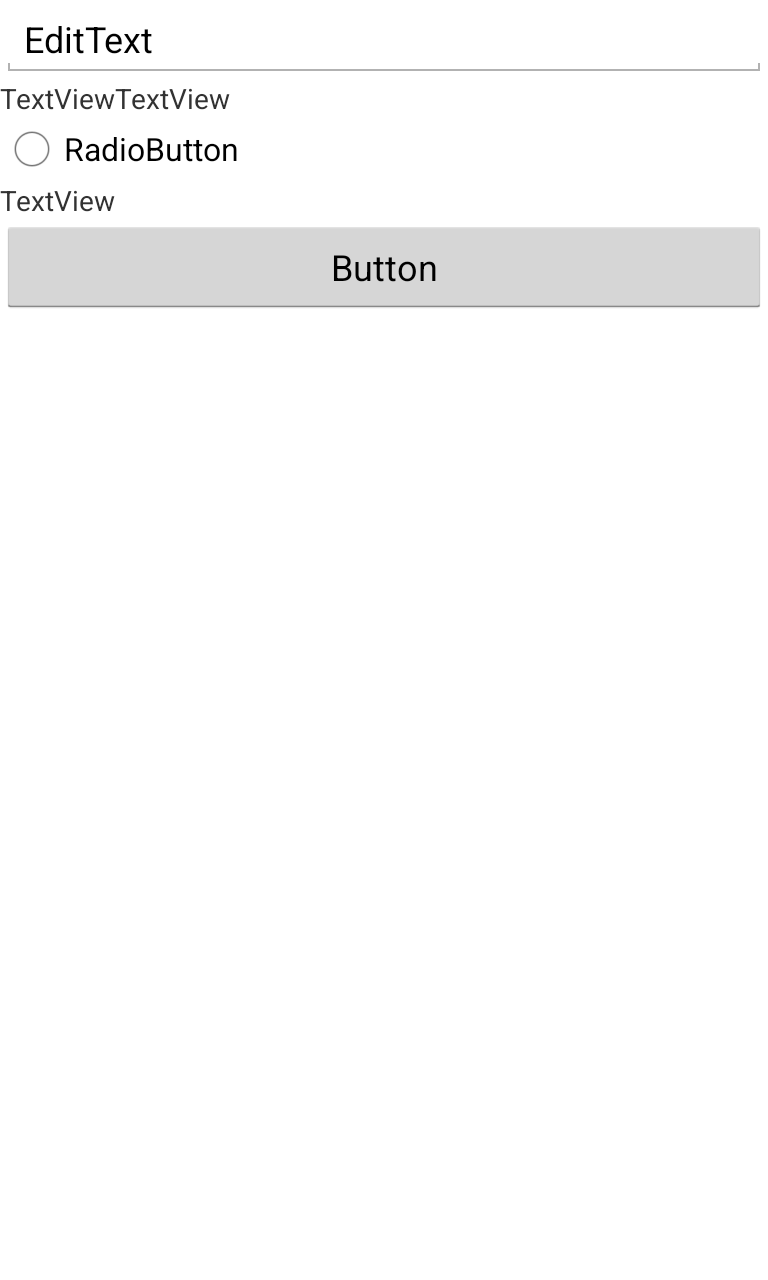
Repository: Cappo/ACM-Android-Development-SIG
Layout: Cappo/res/layout/tutorial1.xml
An editor plug-in stored every save of this project. The layout is shown before and after the next save, followed by the edit.
It is drawn on a 768 x 1280 px phone screen (xhdpi) without system bars, with theme AppTheme; the app's code is not run.

Above is the layout before, as saved 2013-09-15 01:45:42.

### Cappo/res/layout/tutorial1.xml
<?xml version="1.0" encoding="utf-8"?>
<LinearLayout xmlns:android="http://schemas.android.com/apk/res/android"
    android:layout_width="match_parent"
    android:layout_height="match_parent"
    android:orientation="vertical" >

    <EditText
        android:id="@+id/editText1"
        android:layout_width="fill_parent"
        android:layout_height="wrap_content"
        android:text="EditText" />

	<LinearLayout
    	android:layout_width="match_parent"
    	android:layout_height="wrap_content"
    	android:orientation="horizontal" >

	    <TextView
	        android:id="@+id/textView1"
	        android:layout_width="wrap_content"
	        android:layout_height="wrap_content"
	        android:text="TextView" />

	    <TextView
	        android:id="@+id/textView2"
	        android:layout_width="wrap_content"
	        android:layout_height="wrap_content"
	        android:text="TextView" />

	</LinearLayout>

    <RadioButton
        android:id="@+id/radioButton1"
        android:layout_width="wrap_content"
        android:layout_height="wrap_content"
        android:text="RadioButton" />

    <TextView
        android:id="@+id/textView3"
        android:layout_width="match_parent"
        android:layout_height="wrap_content"
        android:text="TextView" />

    <Button
        android:id="@+id/button1"
        android:layout_width="match_parent"
        android:layout_height="wrap_content"
        android:text="Button" />

</LinearLayout>

Loaded but not shown: Cappo/res/values/styles.xml (common file); Cappo/res/values-v11/styles.xml (common file); Cappo/res/values-v14/styles.xml (common file)

After the next save:
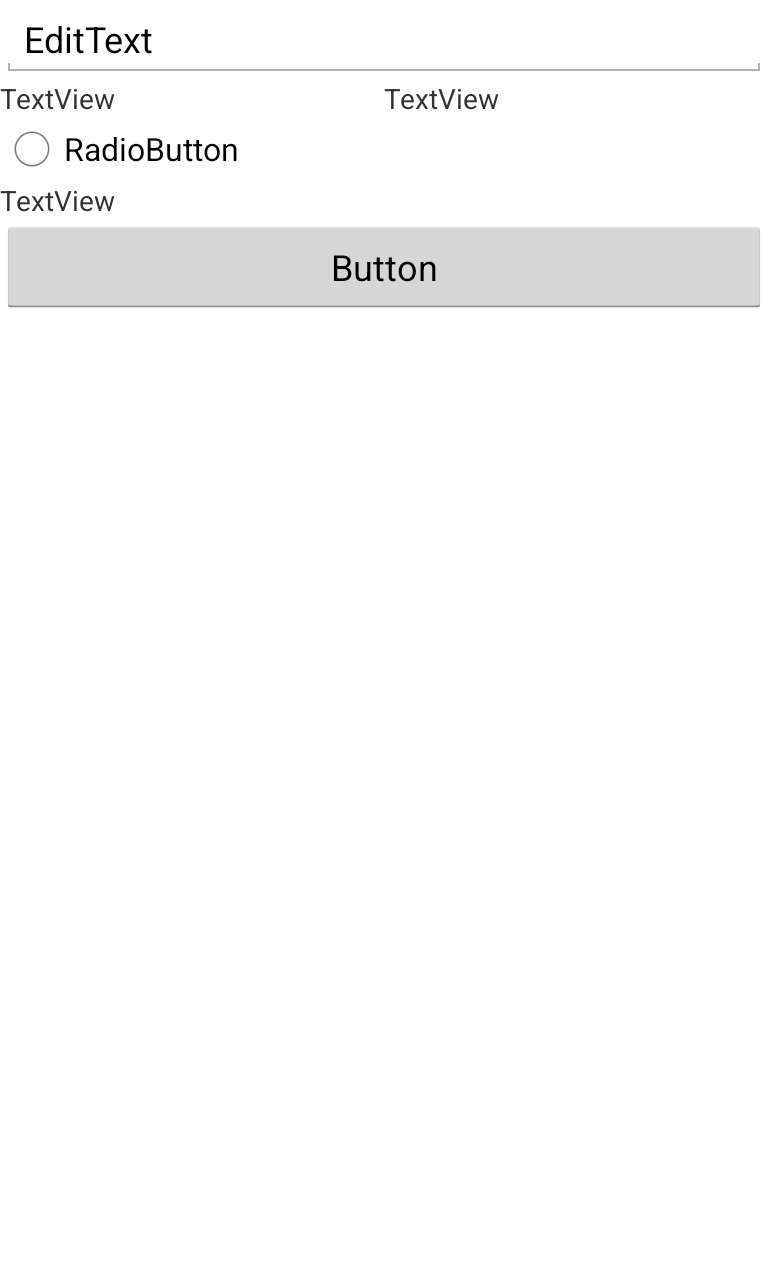
Saved 2 min 45 s later.
--- a/Cappo/res/layout/tutorial1.xml
+++ b/Cappo/res/layout/tutorial1.xml
@@ -13,18 +13,21 @@
 	<LinearLayout
     	android:layout_width="match_parent"
     	android:layout_height="wrap_content"
-    	android:orientation="horizontal" >
+    	android:orientation="horizontal"
+    	android:weightSum="2">
 
 	    <TextView
 	        android:id="@+id/textView1"
 	        android:layout_width="wrap_content"
 	        android:layout_height="wrap_content"
+	        android:layout_weight="1"
 	        android:text="TextView" />
 
 	    <TextView
 	        android:id="@+id/textView2"
 	        android:layout_width="wrap_content"
 	        android:layout_height="wrap_content"
+	        android:layout_weight="1"
 	        android:text="TextView" />
 
 	</LinearLayout>
